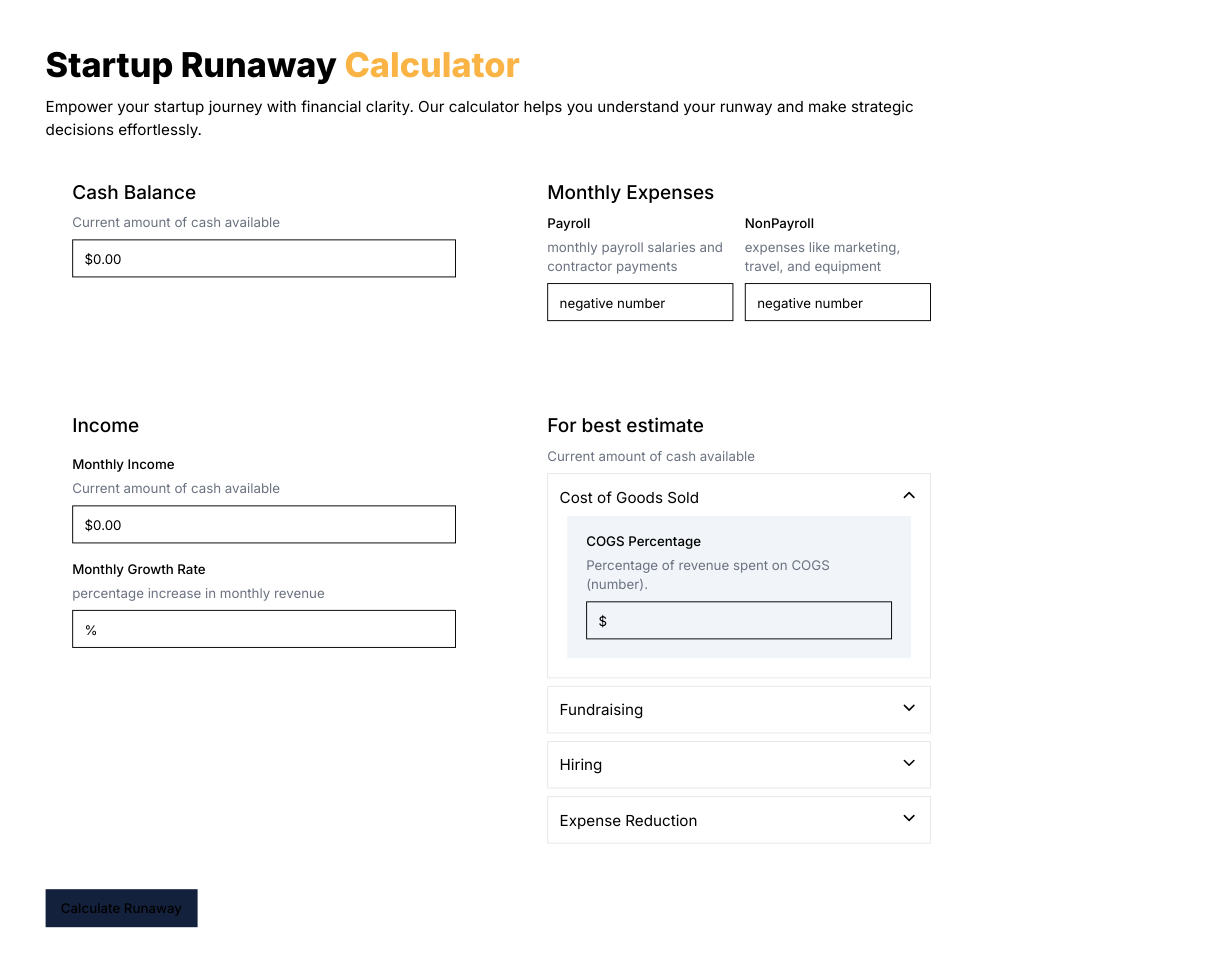
Repository: wossenF/startup-runaway-calculator
Page: /
The author's editor kept a copy of each file at every save. The page is drawn from the files as they stood at one save, then again after a run of saves.
The browser window is 1280 px wide. The pictures show the whole page, at 95% of full size.
The project was rebuilt for these pictures with package versions that can differ from the ones it lists, and the page was loaded fresh each time. The framework's server and built-in components were replaced by stand-ins that run in the browser. Also part of the build but not shown: next.config.mjs, src/components/BarChart.tsx, src/components/Result.tsx.

Above is the page before, as saved 2024-04-12 09:30:39.

After the next 6 saves:
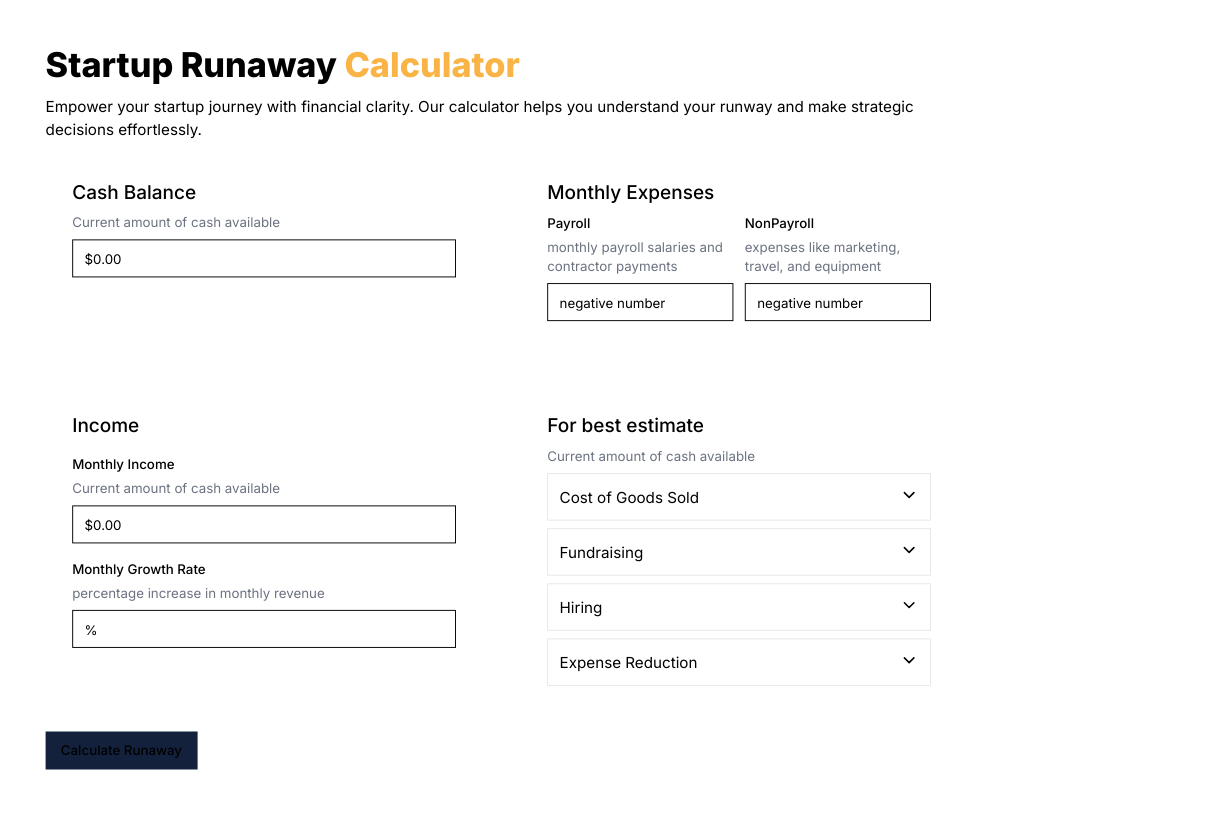
The 6 saves are shown as one change because 1 did not build or start and some came seconds apart.
The last was saved 22 s later.
--- a/src/components/UserInput.tsx
+++ b/src/components/UserInput.tsx
@@ -7,7 +7,7 @@ import useStore from "../store/store";
 
 const UserInput = () => {
 
-  const showCostOfGoodsSold = useStore()
+  const showCostOfGoodsSold = useStore((state)=>state.showCostOfGoodsSold)
 
   // const [showCostOfGoodsSold, setShowCostOfGoodsSold] = useState(false);
   const [showFundraising, setShowFundraising] = useState(false);
